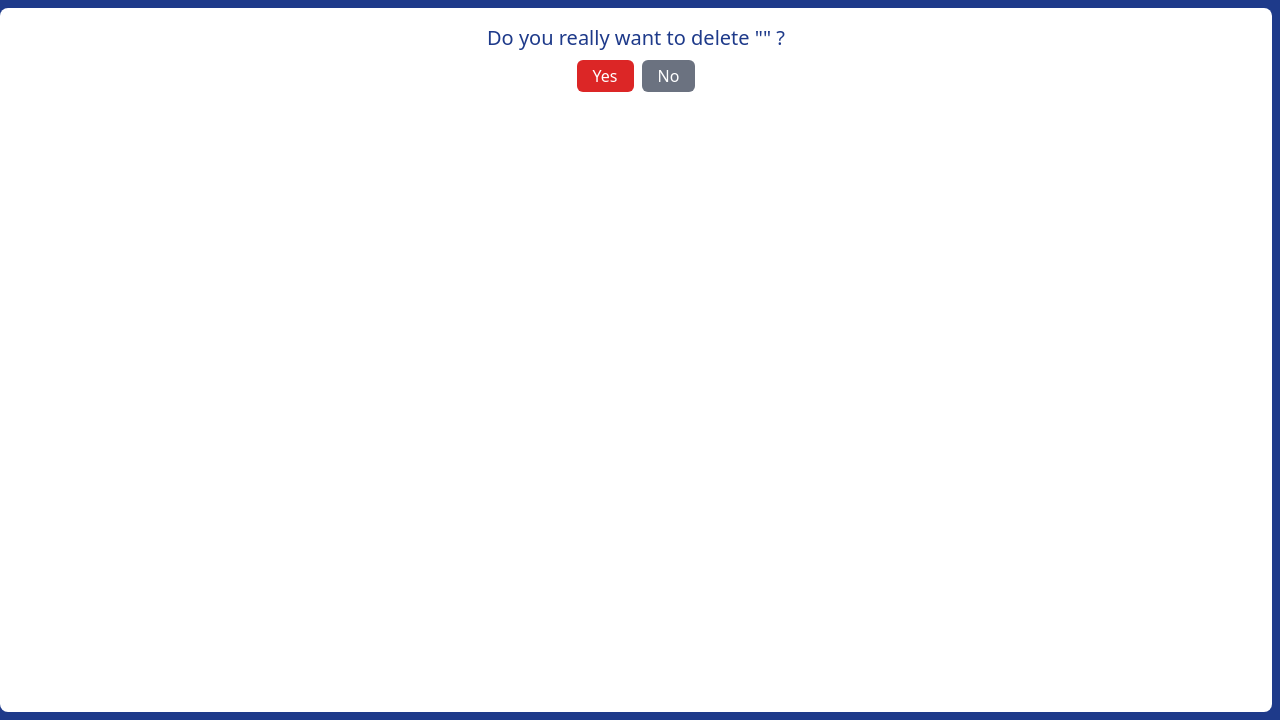
Repository: xoshiraghavx/CRUDS
Page: /products/delete
These files come from the project's save history. The page is drawn as it stood at one moment and after the next save; the edit follows.
The browser window is 1280 px wide. The pictures show the whole page.
The page's requests for data from a server got no answer. The project was rebuilt for these pictures with package versions that can differ from the ones it lists, and the page was loaded fresh each time. The framework's server and built-in components were replaced by stand-ins that run in the browser. No one was signed in, and anything a server would have sent is missing. Also part of the build but not shown: next.config.mjs.

Above is the page before, as saved 2024-04-02 18:31:41.

### pages/_app.js
import "@/styles/globals.css";


import { SessionProvider } from "next-auth/react"

export default function App({
  Component, pageProps: { session, ...pageProps }

}) {
  return (
    <SessionProvider session={session}>
      <Component {...pageProps}/>
    </SessionProvider>
  )
}

### pages/products/delete/[...id].js
import Layout from "@/components/Layout";
import axios from "axios";
import { useRouter } from "next/router";
import { useEffect, useState } from "react";

export default function deleteProductPage(){
    const router = useRouter();
    const {id} = router.query;
    const [productInfo, setProductInfo] = useState();
    useEffect(()=>{
        if(!id){
            return;
        }
        axios.get('/api/products?id='+id).then(response=>{
            setProductInfo(response.data);
        })
    },[id])

    function goBack(){
        router.push('/products');
    }
    async function deleteProduct(){
       await axios.delete('/api/products?id='+id);
       goBack();
    }
    return(
        <Layout>
            <h1 className="text-center">Do you really want to delete "{productInfo?.title}" ?</h1>
            <div className="flex gap-2 justify-center">
            <button className="btn-red" onClick={deleteProduct}>Yes</button>
            <button  className="btn-default" onClick={goBack}>No</button>
            </div>
        </Layout>
    )

}

### styles/globals.css
@tailwind base;
@tailwind components;
@tailwind utilities;

input, textarea{
    @apply border border-gray-300 rounded-md px-1 w-full;
    @apply mb-2;

}
input:focus, textarea:focus{
    @apply border-blue-900;
}
h1{
    @apply mb-2 text-xl text-blue-900;
}
label{
    @apply text-blue-900;
}
.btn-primary{
    @apply bg-blue-900 text-white px-4 rounded-md py-1;
}
table.basic{
    @apply w-full;
}
table.basic thead tr td{
    @apply bg-blue-100;
}
table.basic tr td{
    @apply border border-blue-200 p-1;
}
table.basic a{
    @apply bg-blue-900 text-white text-sm py-1 px-2 inline-flex gap-1 mr-1 rounded-md
}
.btn-default, .btn-red{
    @apply py-1 px-4 rounded-md;
}
.btn-red{
    @apply bg-red-600 text-white;
}
.btn-default{
    @apply bg-gray-500 text-white;
}

### components/Layout.js
import { useSession, signIn, signOut } from "next-auth/react"

export default function Layout({children}) {
  const { data: session } = useSession();
  // if(!session){
  //   return(
  //     <div className="bg-blue-900 w-screen h-screen flex items-center">
  //       <div className="text-center w-full">
  //         <button onClick={()=> signIn('google')}  className="bg-white p-2 px-4 rounded-lg">Login with Google</button>
  //       </div>
  //   </div>
  //   )
  // }
  return (
    <div className="bg-blue-900 min-h-screen flex">
      {/* <Nav /> */}
    <div className="bg-white flex-grow mt-2 mr-2 mb-2 rounded-lg p-4">
        {children}
        {/* logged in {session.user.email} */}
      </div>
    </div>
  );
}

Loaded but not shown: pages/_document.js (common file); tailwind.config.js (common file)

After the next save:
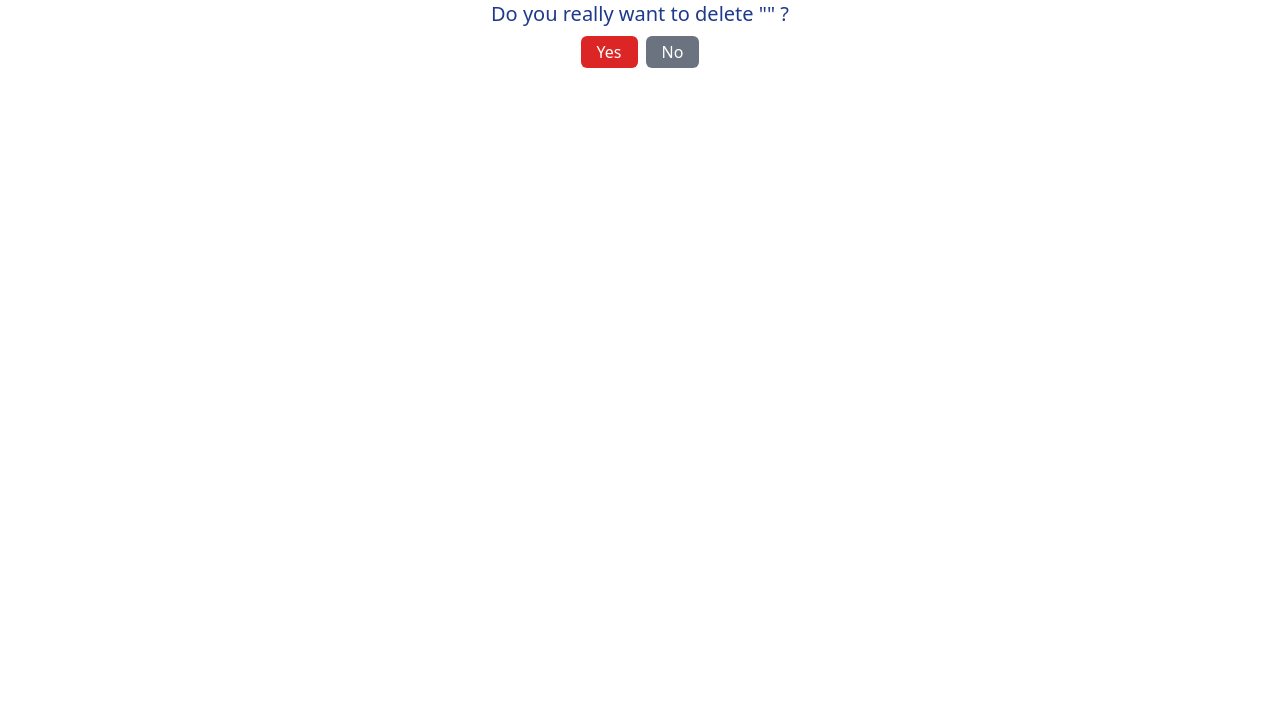
Saved 15 s later.
--- a/pages/products/delete/[...id].js
+++ b/pages/products/delete/[...id].js
@@ -24,13 +24,13 @@ export default function deleteProductPage(){
        goBack();
     }
     return(
-        <Layout>
+        <>
             <h1 className="text-center">Do you really want to delete "{productInfo?.title}" ?</h1>
             <div className="flex gap-2 justify-center">
             <button className="btn-red" onClick={deleteProduct}>Yes</button>
             <button  className="btn-default" onClick={goBack}>No</button>
             </div>
-        </Layout>
+        </>
     )
 
 }
